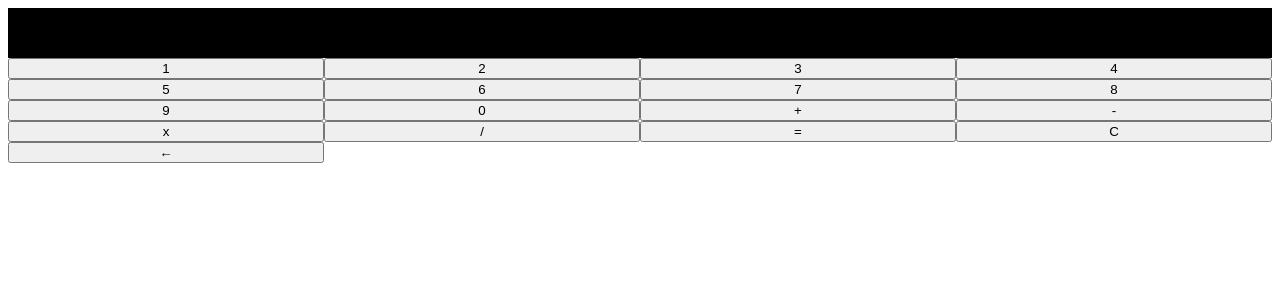
Repository: TEazy2433/LAB-calculator
Page: index.html
The author's editor kept a copy of each file at every save. The page is drawn from the files as they stood at one save, then again after the next save.
The browser window is 1280 px wide. The pictures show the whole page.

Above is the page before, as saved 2023-10-13 18:06:32.

### index.html
<!DOCTYPE html>
<html lang="en">
<head>
  <meta charset="UTF-8">
  <meta name="viewport" content="width=device-width, initial-scale=1.0">
  <title>calculator</title>
  <link rel="stylesheet" href="main.css">
</head>
<body>

  <div class="calculator">
    <div class="display">1</div>
    <div class="buttons">
      <button class="key">1</button>
      <button class="key">2</button>
      <button class="key">3</button>
      <button class="key">4</button>
      <button class="key">5</button>
      <button class="key">6</button>
      <button class="key">7</button>
      <button class="key">8</button>
      <button class="key">9</button>
      <button class="zero">0</button>
      <button class="operator">+</button>
      <button class="operator">-</button>
      <button class="operator">x</button>
      <button class="operator">/</button>
      <button class="operator">=</button>
      <button class="clear">C</button>
      <button class="Arrow">&#8592;</button>



    </div>
  </div>


</body>
</html>

### main.css
.calculator{
}

.display{
  width: 100%;
  height: 50px;
  background: black;
  font-size: 45px;
  justify-content: flex-end;
  font: white;
}
.buttons{
  display: grid;
  grid-template-columns: repeat(4, 1fr);

}
button{
}

After the next save:
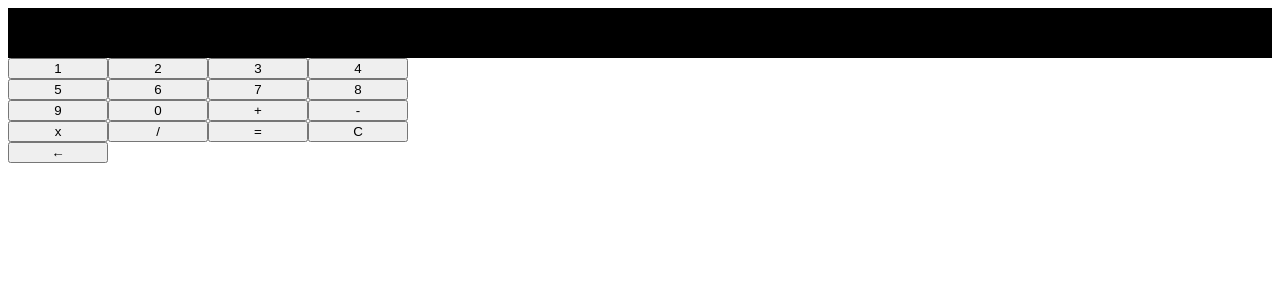
Saved 64 s later.
--- a/main.css
+++ b/main.css
@@ -7,11 +7,12 @@
   background: black;
   font-size: 45px;
   justify-content: flex-end;
-  font: white;
+
 }
 .buttons{
   display: grid;
   grid-template-columns: repeat(4, 1fr);
+  max-width: 400px;
 
 }
 button{
